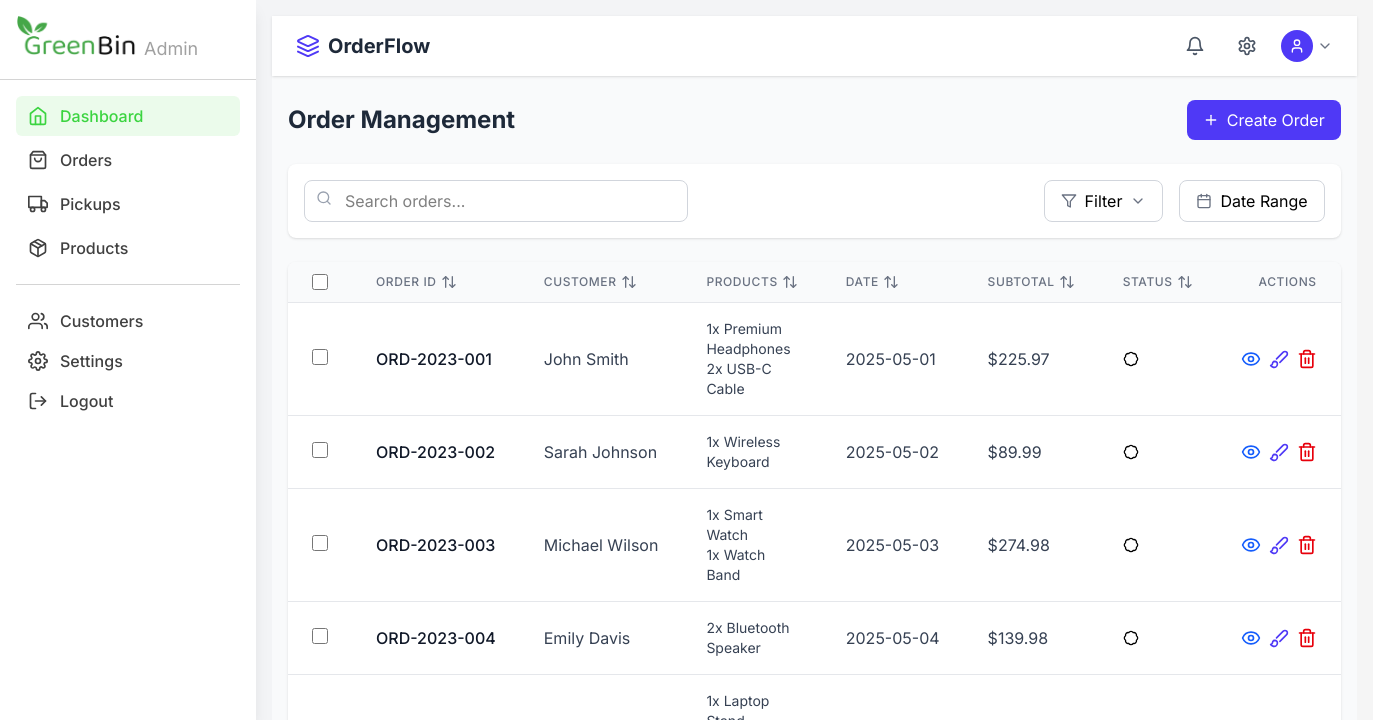
Repository: Siddhu123456/Plastic-Waste-Management
Page: /allorders (app in frontend/)
These files come from the project's save history. The page is drawn as it stood at one moment and after the next save; the edit follows.
The browser window is 1280 px wide. The page is 1373 px wide, so the pictures cover 1373 px, including what lies to the right of the window. The pictures show the whole page.
An inner scrolling area shows only its first screen. The project was rebuilt for these pictures with package versions that can differ from the ones it lists, and the page was loaded fresh each time. Also part of the build but not shown: frontend/vite.config.js, frontend/src/components/ProductCard.jsx, frontend/src/components/TrendingProductsCarousel.jsx, frontend/src/pages/Home.jsx, frontend/src/components/FilterBar.jsx, frontend/src/components/Loader.jsx, frontend/src/pages/customer/Shop.jsx, frontend/src/pages/customer/Recycle.jsx and 24 more. Imported but missing from the stored project, and not drawn on this page: frontend/src/pages/Help, frontend/src/pages/customer/WishList.

Above is the page before, as saved 2025-05-06 20:14:54.

### frontend/src/index.css
@import url('https://fonts.googleapis.com/css2?family=Fugaz+One&family=Montserrat:ital@0;1&display=swap');
@import url('https://fonts.googleapis.com/css2?family=Inter:ital,opsz,wght@0,14..32,100..900;1,14..32,100..900&display=swap');
@import "tailwindcss";


@custom-variant dark (&:where(.dark, .dark *));


@theme{
  --color-ow : #f5f5f5;
  --color-dbg : #000803;
  --color-dsc : #1e221f;
  --color-dtc : #313532;
  --color-lgg : #3bd440;
  --color-tc : #1e1e1e;
  --color-lgd : #2aa12e;
  --color-bl: #1D2A35;
  --color-lg-trans : rgba(69, 167, 72, 0.3);
}

@layer components {
  .pri-btn {
    @apply text-white cursor-pointer text-center rounded-lg bg-lgg hover:bg-lgd transition duration-300
  }
  .white-btn {
    @apply text-lgg cursor-pointer text-center rounded-2xl bg-ow transition duration-300
  }
  .trans-btn{
    @apply border text-center rounded-2xl cursor-pointer border-lgg text-lgg hover:bg-lgg hover:text-white transition
  }

  .white-trans-btn{
    @apply border text-center rounded-2xl cursor-pointer border-white text-white transition duration-300
  }
}

@layer utilities{
  .no-scrollbar::-webkit-scrollbar {
    display: none;
}
.no-scrollbar {
    -ms-overflow-style: none;
    scrollbar-width: none;
}
}

:root{
  font-family: "Inter", sans-serif;
  background-color: #f5f5f5;
  box-sizing: border-box;
  overflow-x: hidden;
}


input[type='range'] {
  pointer-events: all;
  height: 0;
}

input[type='range']::-webkit-slider-thumb {
  appearance: none;
  height: 16px;
  width: 16px;
  background: #22c55e;
  border-radius: 9999px;
  cursor: pointer;
  border: none;
}

input[type='range']::-moz-range-thumb {
  height: 16px;
  width: 16px;
  background: #22c55e;
  border-radius: 9999px;
  cursor: pointer;
  border: none;
}

### frontend/src/App.jsx
import { CartProvider } from './components/CartContext.jsx';
import AppRoutes from './routes/AppRoutes.jsx'


const App = () => (
    <CartProvider>
        <AppRoutes />
    </CartProvider>
)

export default App;

### frontend/src/components/CartContext.jsx
import { createContext, useContext, useState } from "react";

const CartContext = createContext();

export const CartProvider = ({ children }) => {
  const [cartCount, setCartCount] = useState(0);

  return (
    <CartContext.Provider value={{ cartCount, setCartCount }}>
      {children}
    </CartContext.Provider>
  );
};

export const useCart = () => useContext(CartContext);

### frontend/src/routes/AppRoutes.jsx
import { BrowserRouter as Router, Routes, Route } from 'react-router-dom'

import Home from '../pages/Home'
import Help from '../pages/Help'
import Shop from '../pages/customer/Shop'
import Recycle from '../pages/customer/Recycle'
import Cart from '../pages/customer/Cart'
import WishList from '../pages/customer/WishList'
import ProductOverview from '../pages/customer/ProductOverview'
import ScrollToTop from './ScrollToTop'
import Layout from '../components/Layout'
import Wallet from '../pages/customer/Wallet'
import OrderHistory from '../pages/customer/OrderHistory'
import OrderSummary from '../pages/customer/OrderSummary'
import PickupHistory from '../pages/customer/PickupHistory'
import CustomerProfile from '../pages/customer/CustomerProfile'
import ProductForm from '../pages/admin/ProductForm'
import Dashboard from '../pages/admin/Dashboard'
import Orders from '../pages/admin/Orders'
import AdminLayout from '../pages/admin/AdminLayout'

const AppRoutes = () => {
  return (
    <Router>
      <ScrollToTop />
      <Routes>
        {/* Routes using main Layout */}
        <Route element={<Layout />}>
          <Route path='/' element={<Home />} />
          <Route path='/recycle' element={<Recycle />} />
          <Route path='/shop' element={<Shop />} />
          <Route path='/help' element={<Help />} />
          <Route path='/cart' element={<Cart />} />
          <Route path='/favorites' element={<WishList />} />
          <Route path='/wallet' element={<Wallet />} />
          <Route path='/product/:id' element={<ProductOverview />} />
          <Route path='/orders' element={<OrderHistory />} />
          <Route path='/orders/:id' element={<OrderSummary />} />
          <Route path='/pickups' element={<PickupHistory />} />
          <Route path='/cprofile' element={<CustomerProfile />} />
          <Route path='/pform' element={<ProductForm />} />
        </Route>

        <Route element={<AdminLayout />}>
          <Route path='/dashboard' element={<Dashboard />} />
          <Route path='/allorders' element={<Orders />} />
        </Route>

      </Routes>
    </Router>
  )
}

export default AppRoutes

### frontend/src/routes/ScrollToTop.jsx
import { useEffect } from "react";
import { useLocation } from "react-router-dom";

const ScrollToTop = () => {
    const {pathname} = useLocation()
    useEffect(() => {
        window.scrollTo(0,0)
    },[pathname])

    return null
}

export default ScrollToTop;

### frontend/src/pages/admin/AdminLayout.jsx
import React, { useState } from "react";
import { FiMenu } from "react-icons/fi";
import Sidebar from "../../components/Sidebar";
import { Outlet } from "react-router-dom";
import LogoGBB from '../../assets/images/logoGBB.png'


const AdminLayout = () => {
  const [sidebarOpen, setSidebarOpen] = useState(false);
  const [activePage, setActivePage] = useState('dashboard');

  const toggleSidebar = () => {
    setSidebarOpen(!sidebarOpen);
  };

  return (
    <div className="flex h-screen bg-gray-100 dark:bg-dsc">
      {/* Sidebar */}
      <Sidebar
        activePage={activePage}
        setActivePage={setActivePage}
        sidebarOpen={sidebarOpen}
        toggleSidebar={toggleSidebar}
      />

      {/* Main Content */}
      <div className="flex flex-col flex-1 xl:ml-64">
        {/* Top bar with menu toggle */}
        <header className="bg-white shadow-sm z-10 xl:hidden">
          <div className="px-4 py-1 flex items-center gap-4">
            <button
              onClick={toggleSidebar}
              className="mr-2 text-gray-600 focus:outline-none"
            >
              <FiMenu className="h-6 w-6" />
            </button>
            <div className=" flex items-baseline gap-2">
              <img className="w-30" src={LogoGBB} alt="GreenBin" />
              <p className="text-lg text-neutral-400">Admin</p>
            </div>
          </div>
        </header>

        {/* Page content */}
        <main className="flex-1 p-4 overflow-auto">
          <Outlet />
        </main>
      </div>

      {/* Overlay to close sidebar on mobile */}
      {sidebarOpen && (
        <div
          className="fixed inset-0 bg-black/50 z-40 xl:hidden"
          onClick={toggleSidebar}
        />
      )}
    </div>
  );
};

export default AdminLayout;

### frontend/src/components/Sidebar.jsx
import {
  FiHome,
  FiShoppingBag,
  FiTruck,
  FiPackage,
  FiUsers,
  FiSettings,
  FiLogOut,
  FiX
} from 'react-icons/fi';
import LogoGBB from '../assets/images/logoGBB.png'
import SidebarItem from './SidebarItem';

const Sidebar = ({ activePage, setActivePage, sidebarOpen, toggleSidebar }) => {
  return (
    <div className={`fixed inset-y-0 left-0 top-0 z-50 w-64 bg-white shadow-lg transform transition-transform duration-200 xl:translate-x-0 ${sidebarOpen ? 'translate-x-0' : '-translate-x-full'}`}>
      <div className="flex items-center justify-between p-4 border-b border-neutral-300">
        <div className=" flex items-baseline gap-2">
          <img className="w-30" src={LogoGBB} alt="GreenBin" />
          <p className="text-lg text-neutral-400">Admin</p>
        </div>
        <button onClick={toggleSidebar} className="p-2 rounded-md xl:hidden">
          <FiX className="h-6 w-6" />
        </button>
      </div>
      <div className="p-4">
        <nav className="space-y-1">
          <SidebarItem
            icon={<FiHome className="h-5 w-5" />}
            title="Dashboard"
            val="dashboard"
            active={activePage === 'dashboard'}
            onClick={() => setActivePage('dashboard')}
          />
          <SidebarItem
            icon={<FiShoppingBag className="h-5 w-5" />}
            title="Orders"
            val="allorders"
            active={activePage === 'orders'}
            onClick={() => setActivePage('orders')}
          />
          <SidebarItem
            icon={<FiTruck className="h-5 w-5" />}
            title="Pickups"
            active={activePage === 'pickups'}
            onClick={() => setActivePage('pickups')}
          />
          <SidebarItem
            icon={<FiPackage className="h-5 w-5" />}
            title="Products"
            active={activePage === 'products'}
            onClick={() => setActivePage('products')}
          />
          <div className="pt-4 mt-4 border-t border-neutral-300">
            <SidebarItem
              icon={<FiUsers className="h-5 w-5" />}
              title="Customers"
              active={activePage === 'customers'}
              onClick={() => setActivePage('customers')}
            />
            <SidebarItem
              icon={<FiSettings className="h-5 w-5" />}
              title="Settings"
              active={activePage === 'settings'}
              onClick={() => setActivePage('settings')}
            />
            <SidebarItem
              icon={<FiLogOut className="h-5 w-5" />}
              title="Logout"
              active={false}
            />
          </div>
        </nav>
      </div>
    </div>
  );
};

export default Sidebar;

### frontend/src/components/SidebarItem.jsx
const SidebarItem = ({ icon, title, active, onClick }) => {
    return (
      <button
        onClick={onClick}
        className={`flex items-center w-full px-3 py-2 rounded-md transition-colors ${
          active ? 'bg-lgg/10 text-lgg' : 'text-neutral-700 hover:bg-lgg/10'
        }`}
      >
        <span className="mr-3">{icon}</span>
        <span className="font-medium">{title}</span>
      </button>
    );
  };

  export default SidebarItem;

Loaded but not shown: frontend/index.html (common file); frontend/src/main.jsx (common file); frontend/src/pages/admin/Orders.jsx (526 lines, source omitted)

After the next save:
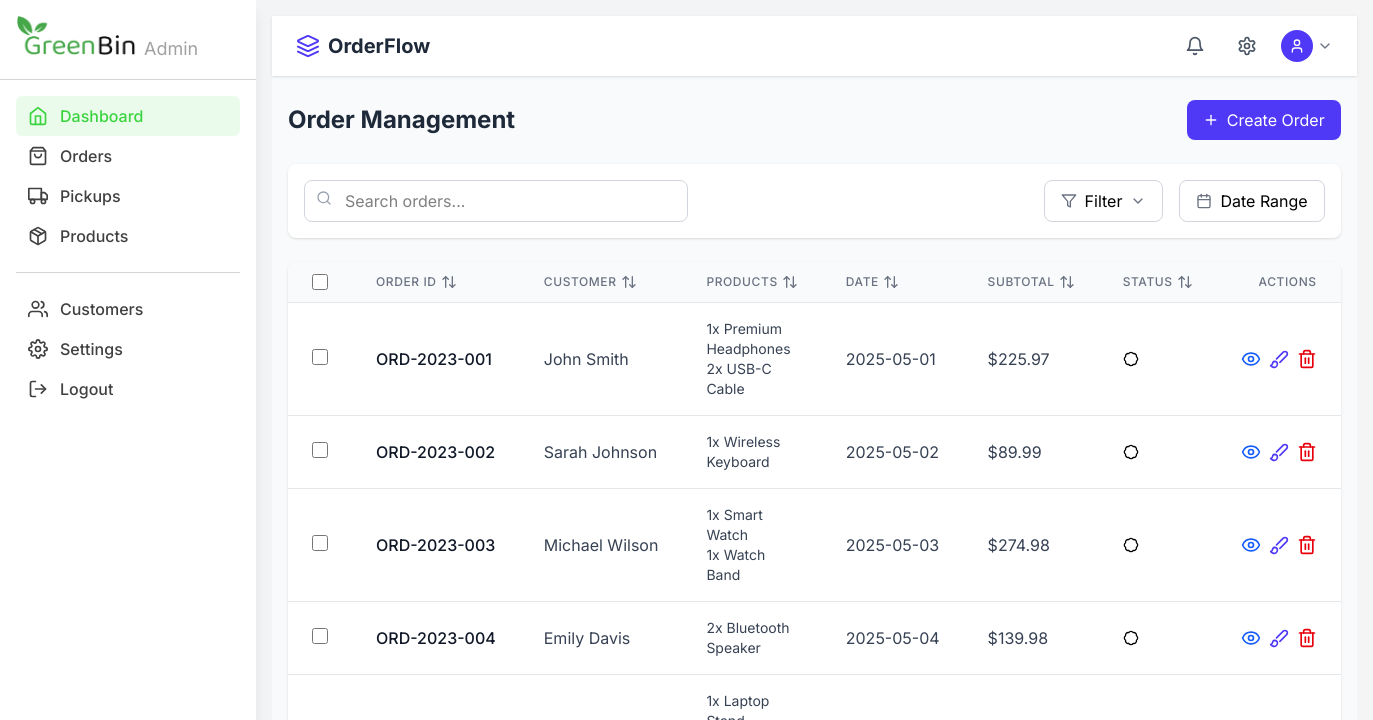
Saved 95 s later.
--- a/frontend/src/components/SidebarItem.jsx
+++ b/frontend/src/components/SidebarItem.jsx
@@ -1,6 +1,9 @@
-const SidebarItem = ({ icon, title, active, onClick }) => {
+import { Link } from "react-router-dom";
+
+const SidebarItem = ({ icon, title,val, active, onClick }) => {
     return (
-      <button
+    <Link to={`/${val}`}>
+          <button
         onClick={onClick}
         className={`flex items-center w-full px-3 py-2 rounded-md transition-colors ${
           active ? 'bg-lgg/10 text-lgg' : 'text-neutral-700 hover:bg-lgg/10'
@@ -9,7 +12,8 @@ const SidebarItem = ({ icon, title, active, onClick }) => {
         <span className="mr-3">{icon}</span>
         <span className="font-medium">{title}</span>
       </button>
-    );
-  };
+    </Link>
+    )
+  }
 
   export default SidebarItem;
